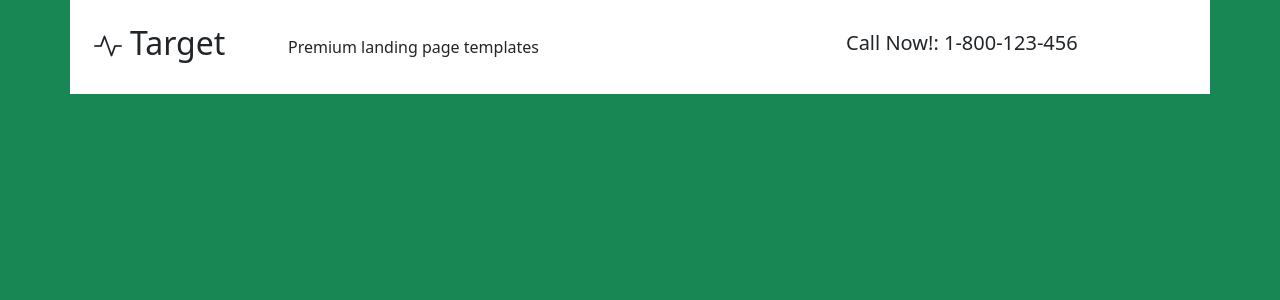
Repository: lyvandat/dh---bootstrap1
Page: index.html
These files come from the project's save history. The page is drawn as it stood at one moment and after the next save; the edit follows.
The browser window is 1280 px wide. The pictures show the whole page.
Some web libraries are served in a nearby version.

Above is the page before, as saved 2022-10-27 15:36:35.

After the next save:
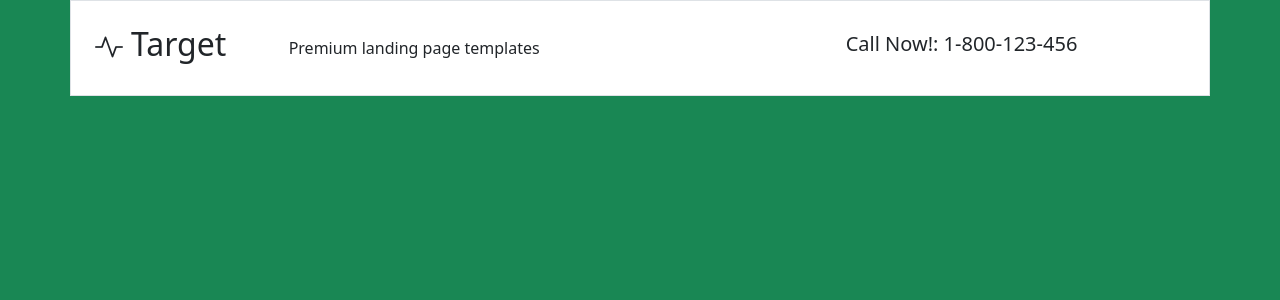
Saved 9 s later.
--- a/index.html
+++ b/index.html
@@ -20,7 +20,7 @@
   </head>
   <body class="bg-success">
     <div
-      class="container header align-items-center bg-white p-4 border-bottom-5"
+      class="container header align-items-center bg-white p-4 border-bottom-5 border"
     >
       <div class="row">
         <div class="col-2 d-inline-flex me-2">

After the save that followed:
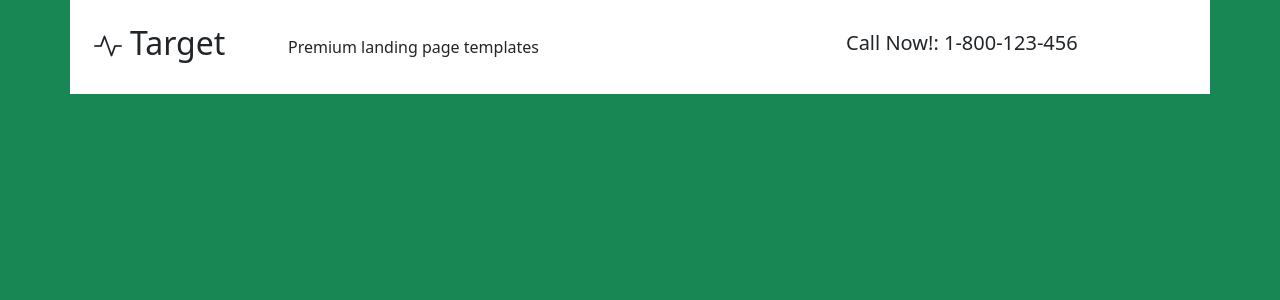
Saved 24 s later.
--- a/index.html
+++ b/index.html
@@ -20,7 +20,7 @@
   </head>
   <body class="bg-success">
     <div
-      class="container header align-items-center bg-white p-4 border-bottom-5 border"
+      class="container header align-items-center bg-white p-4 border-bottom-3 border-gray"
     >
       <div class="row">
         <div class="col-2 d-inline-flex me-2">
